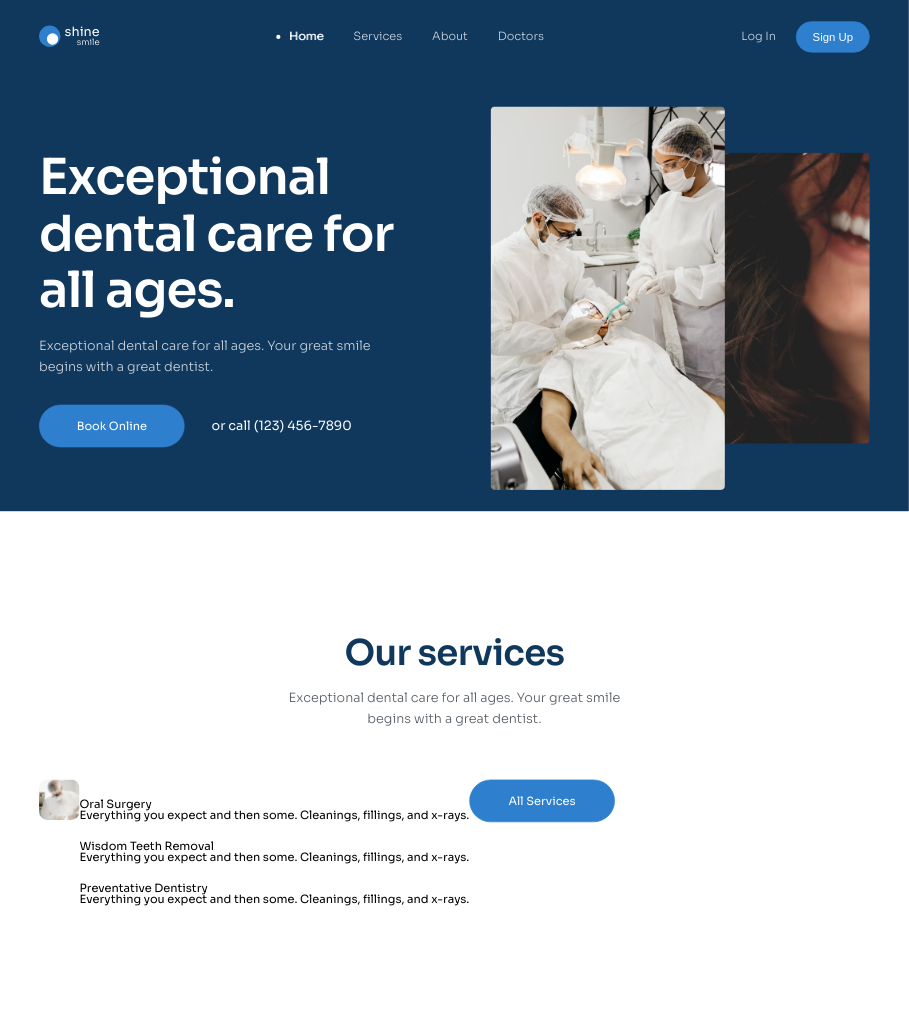
Repository: anhtien111198/f8-htmlcss-03
Page: index.html
An editor plug-in stored every save of this project. The page is shown before and after the next save, followed by the edit.
The browser window is 1280 px wide. The pictures show the whole page, at 71% of full size.

Above is the page before, as saved 2023-05-12 16:50:13.

After the next save:
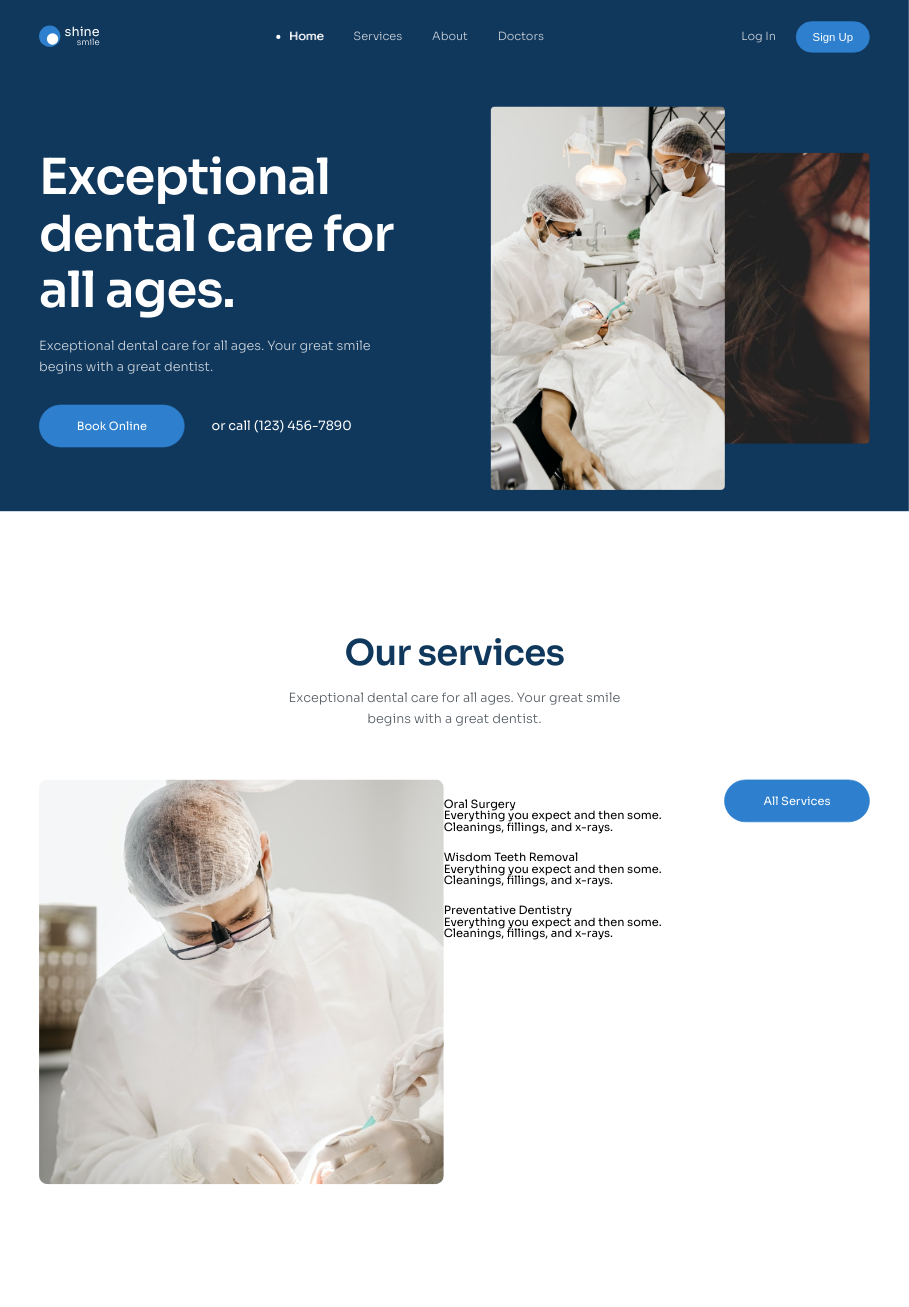
Saved 9 s later.
--- a/assets/css/style.css
+++ b/assets/css/style.css
@@ -217,8 +217,8 @@ a {
     margin-top: 70px;
 }
 .service__img {
-    width: 57px;
-    height: 57px;
+    width: 570px;
+    height: 570px;
     border-radius: 12px;
     object-fit: cover;
 }
